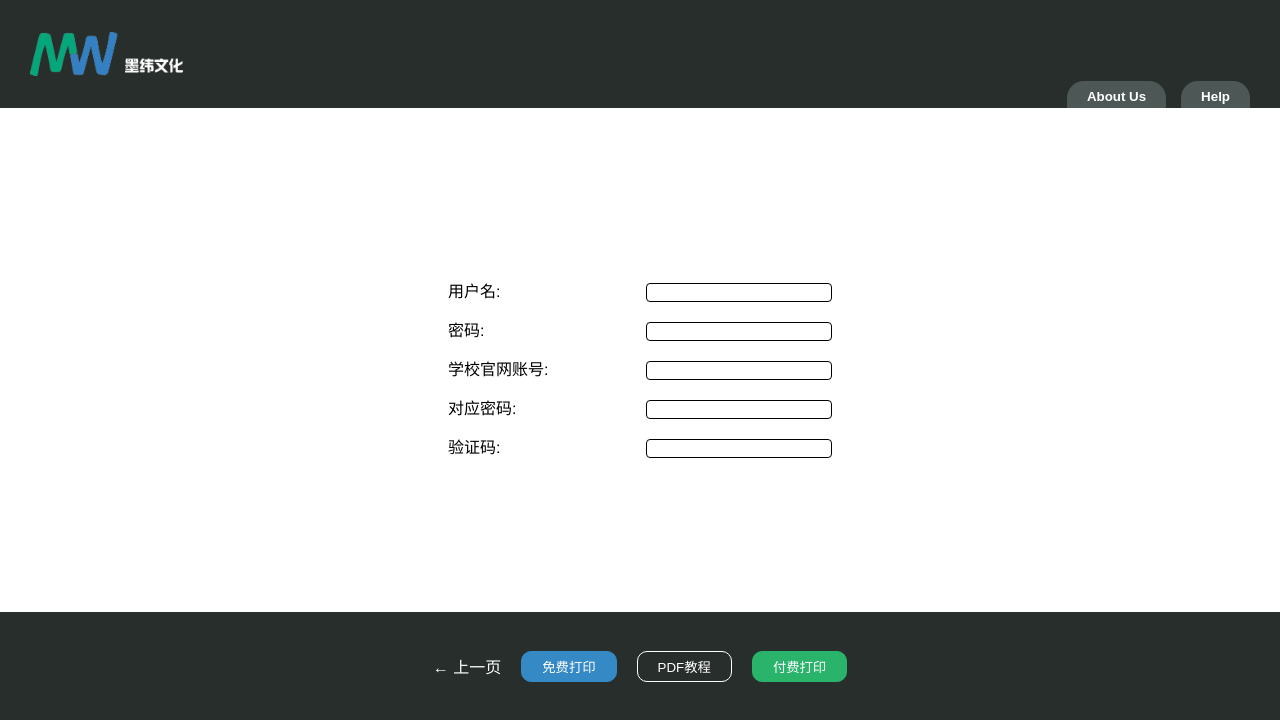
Repository: sucksucksucksuck/mw
Page: /#/register
An editor plug-in stored every save of this project. The page is shown before and after the next save, followed by the edit.
The browser window is 1280 px wide. The pictures show the whole page.
The project was rebuilt for these pictures with package versions that can differ from the ones it lists, and the page was loaded fresh each time. Also part of the build but not shown: webpack.config.js, src/components/HelloWorld.vue, src/components/Suck.vue.

Above is the page before, as saved 2018-04-13 17:25:18.

### index.html
<!DOCTYPE html>
<html>
  <head>
    <meta charset="utf-8">
    <meta name="viewport" content="width=device-width,initial-scale=1.0">
    <title>mw文化</title>
  </head>
  <body>
    <div id="app">

    </div>
  </body>
</html>

### src/App.vue
<template>
  <div id="app">
    <header>
      <img src="./assets/images/logo.png" alt="">
      <div class="btn">
        <button type="button">About Us</button>
        <button type="button">Help</button>
      </div>
    </header>
    <div class="wrap">
      <router-view/>
    </div>
    <footer>
      <div @click='back'>
        ← 上一页
      </div>
      <button type="button" class="free">
        免费打印
      </button>
      <button type="button" class="pdf">
        PDF教程
      </button>
      <button type="button" class="pay">
        付费打印
      </button>
    </footer>
  </div>
</template>

<script>
  export default {
    name: 'App',
    methods: {
      back: function () {
        this.$router.go(-1)
      }
    }
  }

</script>

<style>
  #app {
    font-family: 'Avenir', Helvetica, Arial, sans-serif;
    -webkit-font-smoothing: antialiased;
    -moz-osx-font-smoothing: grayscale;
    text-align: center;
    color: #fff;
    background-color: #282E2C;
    height: 100%;
    display: flex;
    flex-direction: column;
    flex: 1;
    width: 100%;
    overflow: hidden;
    position: absolute;
    top: 0;
    left: 0;
  }

  header {
    background: #282E2C;
    height: 15%;
    justify-content: space-between;
    align-items: center;
    display: flex;
  }

  header .btn {
    margin-right: 30px;
    display: flex;
    flex-direction: row;
    justify-content: space-between;
    align-self: flex-end;
  }

  header .btn button {
    margin-left: 15px;
    border: none;
    background: rgba(225, 255, 255, 0.2);
    color: #fff;
    border-top-left-radius: 17px;
    border-top-right-radius: 17px;
    padding: 8px 20px 4px 20px;
    cursor: pointer;
    outline: none;
    font-weight: 600;
  }

  .wrap {
    flex: 1;
    display: flex;
    background: #fff;
  }

  header img {
    height: 40%;
    margin-left: 30px;
  }

  * {
    margin: 0;
  }

  footer {
    background: #282E2C;
    height: 15%;
    justify-content: center;
    display: flex;
    align-items: center
  }

  footer div {
    cursor: pointer;
  }

  footer div:hover {
    color: #3580C4;
  }

  .free {
    margin-left: 20px;
    border: 1px solid #3589C5;
    background: #3589C5;
    color: #fff;
    border-radius: 10px;
    padding: 5px 20px;
    cursor: pointer;
    outline: none;
  }

  .pdf {
    margin-left: 20px;
    border: 1px solid #fff;
    box-sizing: content-box;
    background: transparent;
    color: #fff;
    border-radius: 10px;
    padding: 5px 20px;
    cursor: pointer;
    outline: none;
  }

  .pay {
    margin-left: 20px;
    border: 1px solid #2AB36B;
    background: #2AB36B;
    color: #fff;
    border-radius: 10px;
    padding: 5px 20px;
    cursor: pointer;
    outline: none;
  }

</style>

### src/router/index.js
import Vue from 'vue'
import Router from 'vue-router'
import HelloWorld from '@/components/HelloWorld'
import Suck from '@/components/Suck'
import Register from '@/components/Register'
Vue.use(Router)

export default new Router({
  routes: [
    {
      path: '/',
      name: 'HelloWorld',
      component: HelloWorld
    },
    {
      path: '/suck',
      name: 'Suck',
      component: Suck
    },
    {
      path: '/register',
      name: 'Register',
      component: Register
    }
  ]
})

### src/components/Register.vue
<template>
  <!-- <div class="hello">
      <h1>{{ msg }}23234</h1>
    </div> -->
  <div class="register">
    <div class="item">
      <div>用户名:</div>
      <input type="text" name="name">
    </div>
    <div class="item">
      <div>密码:</div>
      <input type="text" name="name">
    </div>
    <div class="item">
      <div>学校官网账号:</div>
      <input type="text" name="name">
    </div>
    <div class="item">
      <div>对应密码:</div>
      <input type="text" name="name">
    </div>
    <div class="item">
      <div>验证码:</div>
      <input type="text" name="name">
    </div>
  </div>
</template>

<script>
  export default {
    name: 'Register'
  }

</script>

<!-- Add "scoped" attribute to limit CSS to this component only -->
<style scoped>
  .register {
    color: #000;
    display: flex;
    align-items: center;
    justify-content: center;
    flex: 1;
    flex-direction: column;
  }

  .item {
    display: flex;
    flex-direction: row;
    justify-content: space-between;
    width: 30%;
    margin-top: 15px;
  }

  .item div {
    align-self: flex-end;
  }

  input {
    align-self: flex-end;
    outline: none;
    border-radius: 4px;
    border: 1px solid #000;
    padding-left: 5px;
  }

</style>

Loaded but not shown: src/main.js (common file)

After the next save:
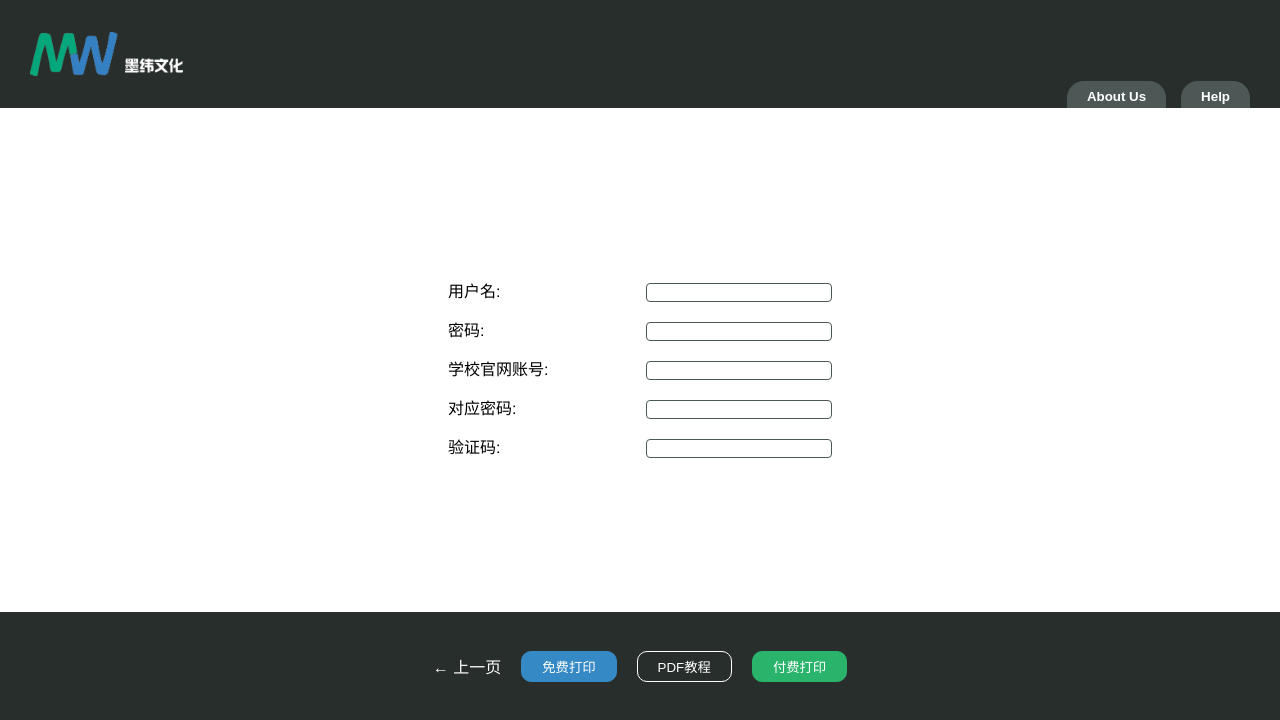
Saved 14 s later.
--- a/src/components/Register.vue
+++ b/src/components/Register.vue
@@ -60,7 +60,7 @@
     align-self: flex-end;
     outline: none;
     border-radius: 4px;
-    border: 1px solid #000;
+    border: 1px solid #4D5856;
     padding-left: 5px;
   }
 
